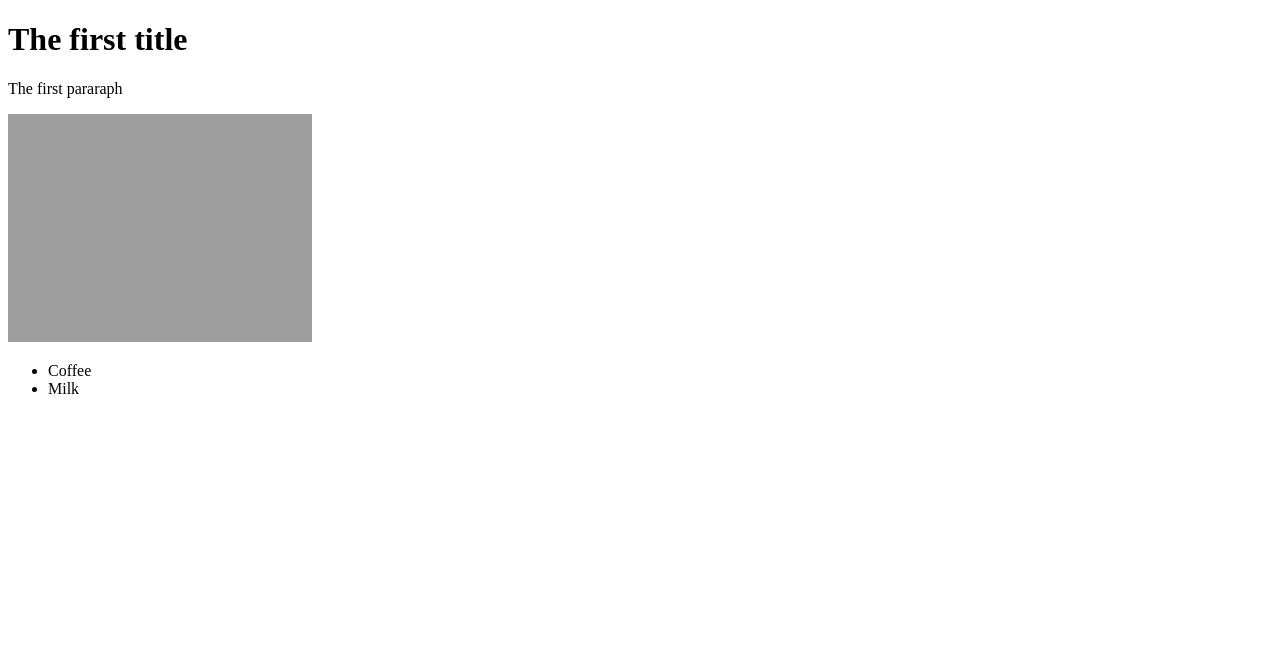
Repository: RigelLM/Java-Learning
Page: HomePage/public/Index.html
An editor plug-in stored every save of this project. The page is shown before and after a run of saves, followed by the edit.
The browser window is 1280 px wide. The pictures show the whole page.
Pictures or frames that could not be fetched are drawn as grey boxes.

Above is the page before, as saved 2023-01-17 17:06:14.

### HomePage/public/Index.html
<?xml version="1.0" encoding="UTF-8" ?>
<!DOCTYPE html PUBLIC "-//W3C//DTD XHTML 1.0 Strict//EN" "http://www.w3.org/TR/xhtml1/DTD/xhtml1-strict.dtd">
<html xmlns="http://www.w3.org/1999/xhtml">
<head>
<meta http-equiv="Content-Type" content="text/html; charset=UTF-8" />



<title>Personal Information</title>
</head>
<body>
<h1>The first title</h1>
<p>The first pararaph</p>
<img src="pulpit.jpg" alt="Pulpit rock" width="304" height="228">
<ul>
<li>Coffee</li>
<li>Milk</li>
</ul>
</body>
</html>

After the next 2 saves:
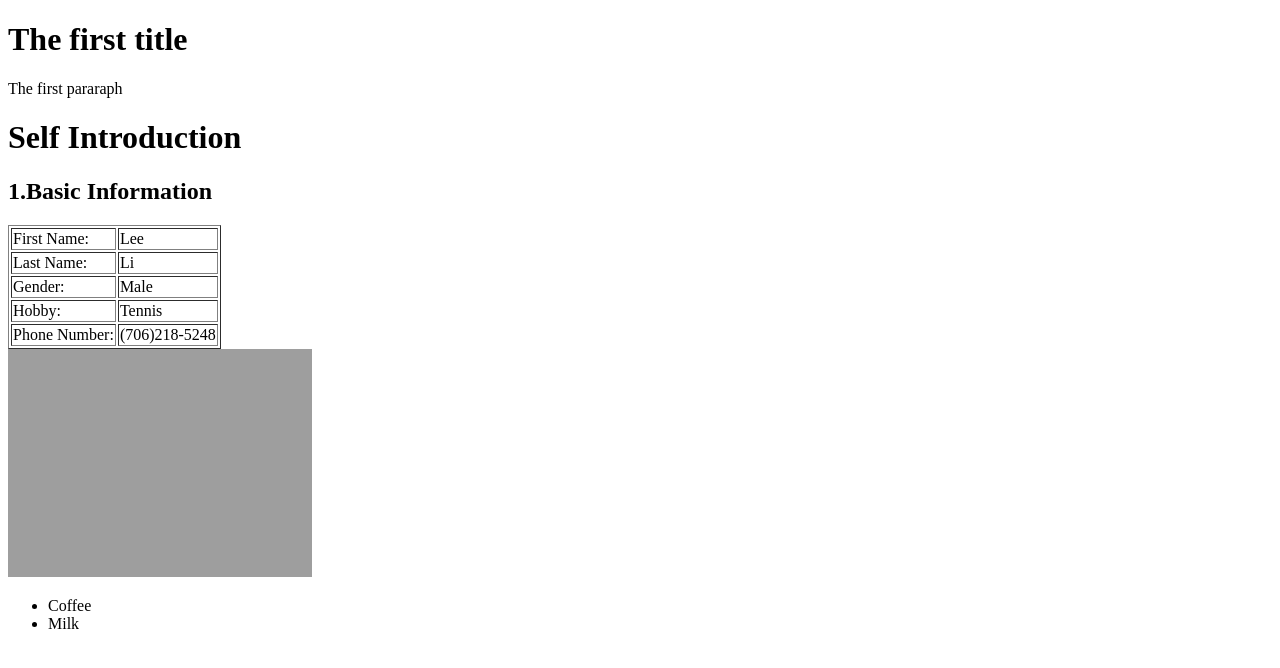
The 2 saves are shown as one change because they came seconds apart.
The last was saved 66 s later.
--- a/HomePage/public/Index.html
+++ b/HomePage/public/Index.html
@@ -11,6 +11,25 @@
 <body>
 <h1>The first title</h1>
 <p>The first pararaph</p>
+<h1>Self Introduction</h1>
+<h2>1.Basic Information</h2>
+<table border="1">
+    <tr>
+        <td>First Name:</td><td>Lee</td>
+    </tr>
+    <tr>
+        <td>Last Name:</td><td>Li</td>
+    </tr>
+    <tr>
+        <td>Gender:</td><td>Male</td>
+    </tr>
+    <tr>
+        <td>Hobby:</td><td>Tennis</td>
+    </tr>
+    <tr>
+        <td>Phone Number:</td><td>(706)218-5248</td>
+    </tr>
+</table>
 <img src="pulpit.jpg" alt="Pulpit rock" width="304" height="228">
 <ul>
 <li>Coffee</li>
